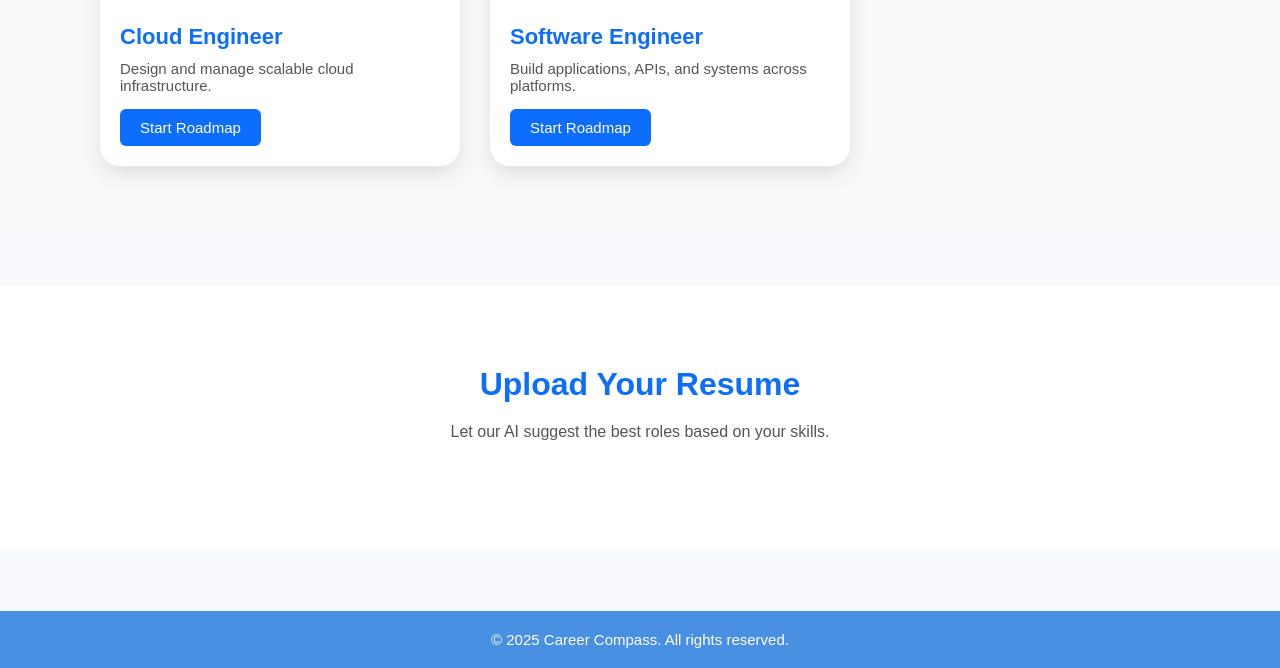
Repository: AI-Devsara01/Career-Compass
Page: templates/home.html
The author's editor kept a copy of each file at every save. The page is drawn from the files as they stood at one save, then again after the next save.
The browser window is 1280 px wide. The pictures show the part of the page from y = 1150 to 1836 px (the page is 1818 px tall before and 1836 px after).
The template is drawn by Flask 3. The application's start-up code is not run. Other server files are loaded and not shown. The template is opened directly, without the code that normally fills it, so the values that code supplies are empty.

Above is the page before, as saved 2025-04-20 14:31:38.

### templates/home.html
<!DOCTYPE html>
<html lang="en">
<head>
  <meta charset="UTF-8" />
  <meta name="viewport" content="width=device-width, initial-scale=1.0"/>
  <title>Career Compass 🌟</title>
  <link rel="stylesheet" href="https://cdnjs.cloudflare.com/ajax/libs/font-awesome/6.4.0/css/all.min.css"/>
  <link href="https://fonts.googleapis.com/css2?family=Roboto:wght@400;700&display=swap" rel="stylesheet"/>
  <style>
    * {
      margin: 0;
      padding: 0;
      box-sizing: border-box;
    }
    body {
      font-family: 'Poppins', sans-serif;
      background-color: #f7f9fc;
      color: #333;
    }

    .navbar {
      display: flex;
      justify-content: center;
      background-color: #4a90e2;
      padding: 15px 0;
      box-shadow: 0 4px 10px rgba(0, 0, 0, 0.1);
      position: sticky;
      top: 0;
      z-index: 1000;
    }
    .navbar a {
      color: #fff;
      text-decoration: none;
      margin: 0 20px;
      font-weight: bold;
      font-size: 17px;
      transition: 0.3s;
    }
    .navbar a:hover {
      color: #ff6f61;
    }

    .hero {
      background: url('AHaD_&pid=Api&P=0&h=180') no-repeat center center;
      background-size: cover;
      padding: 100px 20px;
      color: #fff;
    }
    .hero-card {
      background: #fff;
      padding: 50px 30px;
      max-width: 800px;
      margin: auto;
      border-radius: 20px;
      box-shadow: 0 12px 25px rgba(0, 0, 0, 0.1);
    }
    .hero h1 {
      font-size: 56px;
      margin-bottom: 20px;
    }
    .hero p {
      font-size: 20px;
      color: #555;
      margin-bottom: 30px;
    }
    .btn {
      background: #ff6f61;
      color: #fff;
      padding: 14px 36px;
      font-size: 18px;
      border: none;
      border-radius: 30px;
      text-decoration: none;
      transition: 0.3s;
      box-shadow: 0 4px 10px rgba(0, 0, 0, 0.1);
    }
    .btn:hover {
      background: #ff4a3d;
    }

    .main-content {
      display: flex;
      gap: 40px;
      padding: 60px 100px;
      flex-wrap: wrap;
      background-color: #f9f9f9;
    }

    .roles-container {
      flex: 3;
      display: grid;
      grid-template-columns: repeat(auto-fit, minmax(280px, 1fr));
      gap: 30px;
    }

    .card {
      background: #fff;
      border-radius: 20px;
      overflow: hidden;
      box-shadow: 0 8px 20px rgba(0, 0, 0, 0.1);
      transition: transform 0.4s;
    }

    .card:hover {
      transform: translateY(-10px);
    }

    .card img {
      width: 100%;
      height: 180px;
      object-fit: cover;
    }

    .card-content {
      padding: 20px;
    }

    .card h3 {
      font-size: 22px;
      color: #0d6efd;
      margin-bottom: 10px;
    }

    .card p {
      font-size: 15px;
      color: #555;
      margin-bottom: 15px;
    }

    .card a {
      background: #0d6efd;
      color: #fff;
      padding: 10px 20px;
      border-radius: 6px;
      text-decoration: none;
      font-size: 15px;
      display: inline-block;
    }

    .card a:hover {
      background: #0056b3;
    }

    .sidebar {
      flex: 1;
      background: #fff;
      padding: 20px;
      border-radius: 14px;
      box-shadow: 0 4px 18px rgba(0, 0, 0, 0.08);
      text-align: center;
      height: fit-content;
    }

    .chat-container {
      background: #0d6efd;
      color: #fff;
      padding: 15px 25px;
      border-radius: 50px;
      display: flex;
      align-items: center;
      justify-content: center;
      cursor: pointer;
      margin-bottom: 20px;
      transition: transform 0.3s;
    }

    .chat-container:hover {
      transform: scale(1.05);
    }

    .chat-container i {
      font-size: 20px;
      margin-right: 10px;
    }

    .chat-container span {
      font-weight: 600;
    }

    .sidebar h2 {
      font-size: 22px;
      color: #0d6efd;
      margin-bottom: 10px;
    }

    .sidebar p {
      font-size: 14px;
      color: #666;
    }

    .feature-section {
      background: #fff;
      padding: 80px 100px;
      text-align: center;
      margin-top: 60px;
    }

    .feature-section h2 {
      font-size: 32px;
      color: #0d6efd;
      margin-bottom: 20px;
    }

    .feature-section p {
      font-size: 16px;
      color: #555;
      margin-bottom: 30px;
    }

    .feature-section form {
      display: flex;
      flex-direction: column;
      align-items: center;
      gap: 15px;
    }

    .feature-section input[type="file"],
    .feature-section input[type="submit"] {
      padding: 10px 15px;
      font-size: 16px;
      border-radius: 6px;
      width: 100%;
      max-width: 350px;
    }

    .feature-section input[type="file"] {
      background: #f1f1f1;
      border: 1px solid #ccc;
    }

    .feature-section input[type="submit"] {
      background: #0d6efd;
      color: #fff;
      border: none;
      cursor: pointer;
    }

    .feature-section input[type="submit"]:hover {
      background: #0056b3;
    }

    .footer {
      text-align: center;
      padding: 20px;
      font-size: 15px;
      background: #4a90e2;
      color: #fff;
      margin-top: 60px;
    }

    @media (max-width: 768px) {
      .main-content {
        flex-direction: column;
        padding: 30px 20px;
      }

      .hero h1 {
        font-size: 36px;
      }

      .hero p,
      .btn,
      .card p {
        font-size: 16px;
      }
    }
  </style>
</head>
<body>
  <!-- Navbar -->
  <div class="navbar">
    <a href="/">🏠 Home</a>
    <a href="/mock_interview">🎯 Interview</a>
    <a href="/roles">💼 Roles</a>
    <a href="/internships">🎓 Internships</a>
    <a href="/soft_skills">💡 Soft Skills</a>
    <a href="/signup">📝 Signup</a>
  </div>

  <!-- Hero Section -->
  <div class="hero">
    <div class="hero-card">
      <h1>Career Compass 🌟</h1>
      <p>Master in-demand skills, build impactful projects, and launch your career with confidence.</p>
      <a href="/roles" class="btn">Explore Now</a>
    </div>
  </div>

  <!-- Main Content -->
  <div class="main-content">
    <!-- Roles -->
    <div class="roles-container">
      <div class="card">
        <img src="https://images.unsplash.com/photo-1556761175-4b46a572b786" alt="AI/ML Engineer"/>
        <div class="card-content">
          <h3>AI/ML Engineer</h3>
          <p>Build intelligent systems with machine learning & AI.</p>
          <a href="/view/ai_engineer">Start Roadmap</a>
        </div>
      </div>
      <div class="card">
        <img src="https://images.unsplash.com/photo-1504639725590-34d0984388bd" alt="Data Scientist"/>
        <div class="card-content">
          <h3>Data Scientist</h3>
          <p>Analyze data and extract valuable insights.</p>
          <a href="/view/data_scientist">Start Roadmap</a>
        </div>
      </div>
      <div class="card">
        <img src="https://images.unsplash.com/photo-1522071820081-009f0129c71c" alt="Cloud Engineer"/>
        <div class="card-content">
          <h3>Cloud Engineer</h3>
          <p>Design and manage scalable cloud infrastructure.</p>
          <a href="/view/cloud_engineer">Start Roadmap</a>
        </div>
      </div>
      <div class="card">
        <img src="https://tse2.mm.bing.net/th?id=OIP.kSM4WTcm9Q728GpeysGy2wHaEQ&pid=Api&P=0&h=180" alt="Software Engineer"/>
        <div class="card-content">
          <h3>Software Engineer</h3>
          <p>Build applications, APIs, and systems across platforms.</p>
          <a href="/view/software_engineer">Start Roadmap</a>
        </div>
      </div>
    </div>

    <!-- Sidebar -->
    <div class="sidebar">
      <div class="chat-container" onclick="alert('Chatbot coming soon!')">
        <i class="fas fa-robot"></i>
        <span>Chat with CareerBot</span>
      </div>
      <h2>Need Help?</h2>
      <p>Get personalized career guidance and AI-powered support.</p>
      <a href="/view/chat">Chat Now</a>
    </div>
  </div>

  <!-- Feature Section -->
  <div class="feature-section">
    <h2>Upload Your Resume</h2>
    <p>Let our AI suggest the best roles based on your skills.</p>


  </div>

  <!-- Footer -->
  <div class="footer">
    © 2025 Career Compass. All rights reserved.
  </div>
</body>
</html>

After the next save:
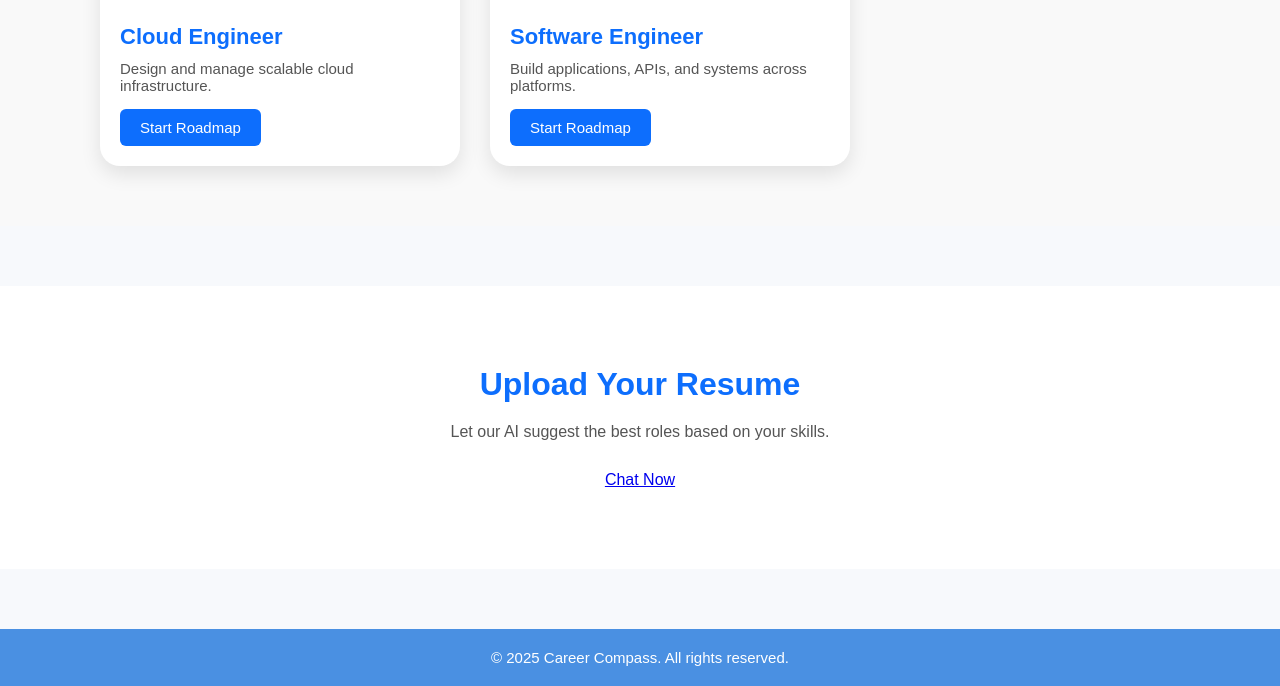
Saved 9 s later.
--- a/templates/home.html
+++ b/templates/home.html
@@ -340,7 +340,7 @@
   <div class="feature-section">
     <h2>Upload Your Resume</h2>
     <p>Let our AI suggest the best roles based on your skills.</p>
-
+    <a href="/view/chat">Chat Now</a>
 
   </div>
 

After the 2 saves that followed:
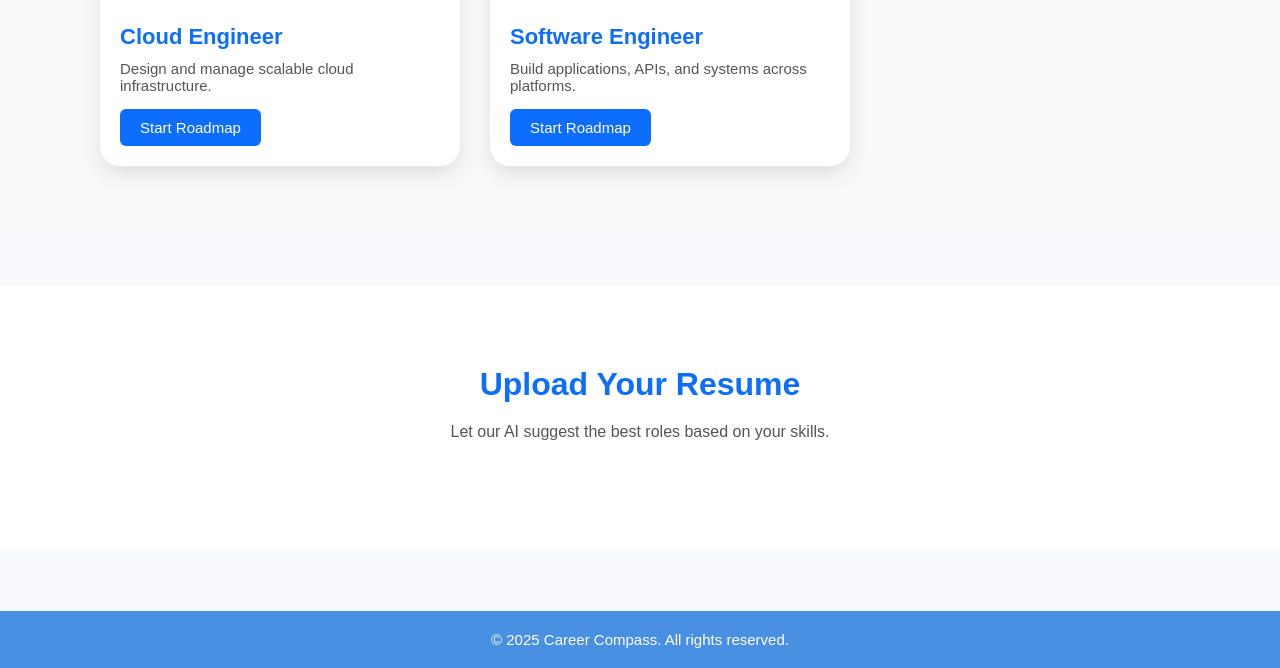
The 2 saves are shown as one change because 1 left the picture as it was.
The last was saved 37 s later.
--- a/templates/home.html
+++ b/templates/home.html
@@ -340,7 +340,7 @@
   <div class="feature-section">
     <h2>Upload Your Resume</h2>
     <p>Let our AI suggest the best roles based on your skills.</p>
-    <a href="/view/chat">Chat Now</a>
+    <a href="/view/resume"></a>
 
   </div>
 
